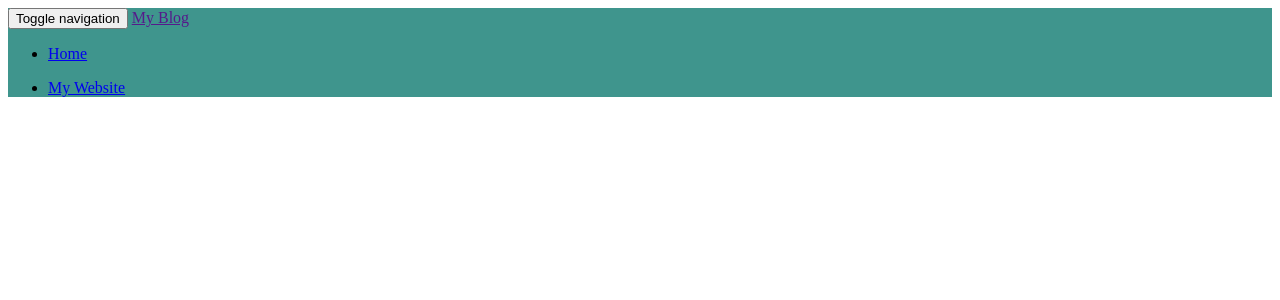
Repository: AnnieFisher/blog
Page: BlogMVC/WebContent/nav.html
These files come from the project's save history. The page is drawn as it stood at one moment and after the next save; the edit follows.
The browser window is 1280 px wide. The pictures show the whole page.

Above is the page before, as saved 2016-12-19 07:27:15.

### BlogMVC/WebContent/nav.html
<div ng-controller="postsController">
	<div class="container">
      <!-- Static navbar -->
      <nav class="navbar navbar-fixed-top" style="background-color:#3f958d">
        <div class="container-fluid">
          <div class="navbar-header">
            <button type="button" class="navbar-toggle collapsed" data-toggle="collapse" data-target="#navbar" aria-expanded="false" aria-controls="navbar">
              <span class="sr-only">Toggle navigation</span>
              <span class="icon-bar"></span>
              <span class="icon-bar"></span>
              <span class="icon-bar"></span>
            </button>
            <a class="navbar-brand" href="">My Blog</a>
          </div>
          <div id="navbar" class="navbar-collapse collapse">
            <ul class="nav navbar-nav">
              <li class="active"><a href="#/posts">Home</a></li>
            </ul>
            <ul class="nav navbar-nav navbar-right">
            <li><a href="http://annielynnfisher.com">My Website</a></li>
            </ul>
          </div><!--/.nav-collapse -->
        </div><!--/.container-fluid -->
      </nav>
      </div>
 </div>

After the next save:
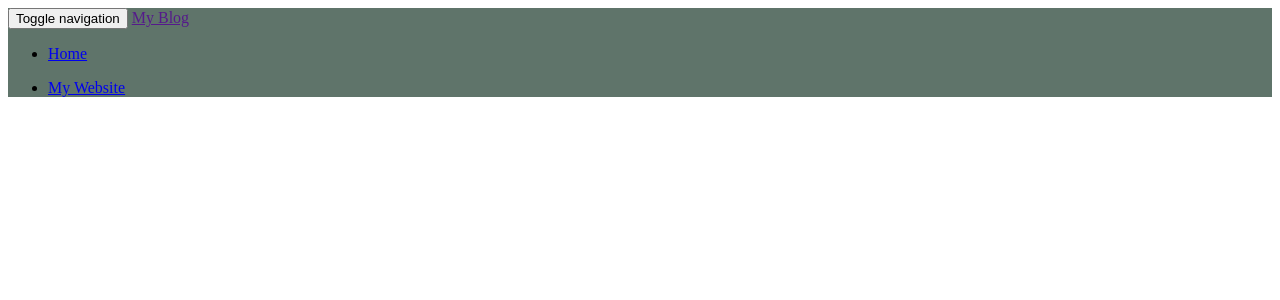
Saved 4 min 29 s later.
--- a/BlogMVC/WebContent/nav.html
+++ b/BlogMVC/WebContent/nav.html
@@ -1,7 +1,7 @@
 <div ng-controller="postsController">
 	<div class="container">
       <!-- Static navbar -->
-      <nav class="navbar navbar-fixed-top" style="background-color:#3f958d">
+      <nav class="navbar navbar-fixed-top" style="background-color:#5f746a">
         <div class="container-fluid">
           <div class="navbar-header">
             <button type="button" class="navbar-toggle collapsed" data-toggle="collapse" data-target="#navbar" aria-expanded="false" aria-controls="navbar">
